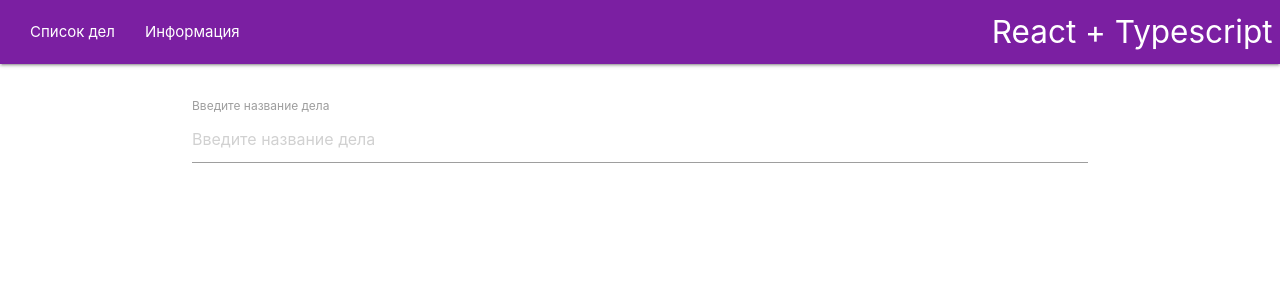
Repository: tsydikov/react_typescript_todo
Page: /
An editor plug-in stored every save of this project. The page is shown before and after the next save, followed by the edit.
The browser window is 1280 px wide. The pictures show the whole page.
The project was rebuilt for these pictures with package versions that can differ from the ones it lists, and the page was loaded fresh each time. Also part of the build but not shown: src/pages/AboutPage.tsx.

Above is the page before, as saved 2021-08-12 12:13:26.

After the next save:
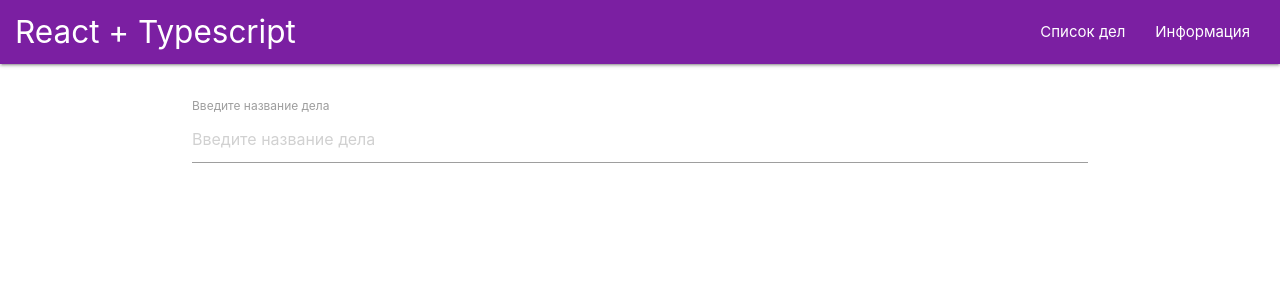
Saved 21 s later.
--- a/src/components/Navbar.tsx
+++ b/src/components/Navbar.tsx
@@ -5,8 +5,8 @@ import {NavLink} from 'react-router-dom'
 export const Navbar: React.FC = () => (
     <nav>
     <div className="nav-wrapper purple darken-2 px1">
-      <a href="/" className="brand-logo right">React + Typescript</a>
-      <ul className="left hide-on-med-and-down">
+      <a href="/" className="brand-logo">React + Typescript</a>
+      <ul className="right hide-on-med-and-down">
         <li><NavLink to="/">Список дел</NavLink></li>
         <li><NavLink to="/about">Информация</NavLink></li>
       </ul>
